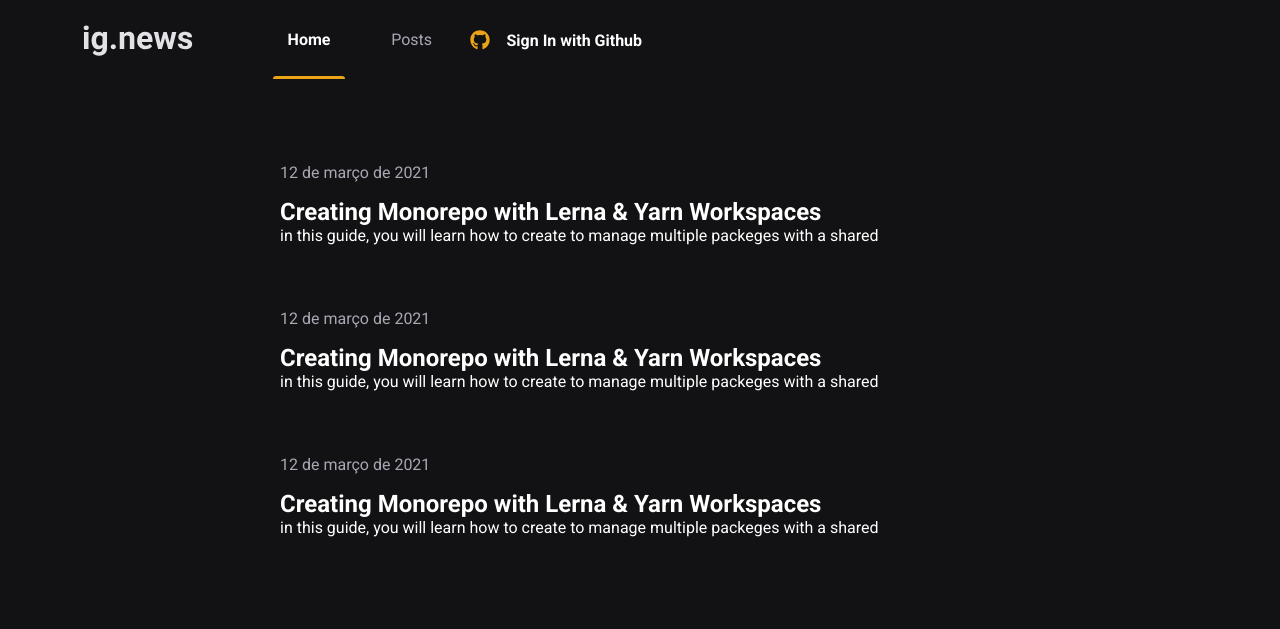
Repository: soualexandre/ignews
Page: /posts
An editor plug-in stored every save of this project. The page is shown before and after the next save, followed by the edit.
The browser window is 1280 px wide. The pictures show the whole page.
The page's requests for data from a server got no answer. The project was rebuilt for these pictures with package versions that can differ from the ones it lists, and the page was loaded fresh each time. The framework's server and built-in components were replaced by stand-ins that run in the browser. No one was signed in, and anything a server would have sent is missing.

Above is the page before, as saved 2021-07-30 09:09:49.

After the next save:
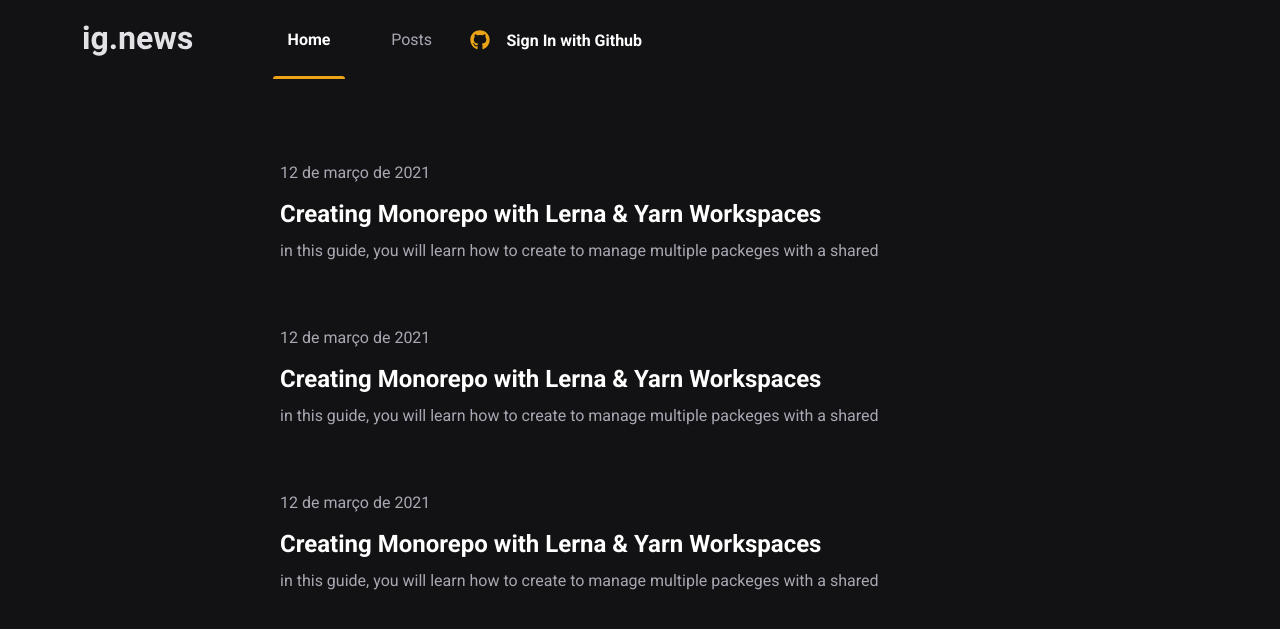
Saved 71 s later.
--- a/src/pages/posts/styles.module.scss
+++ b/src/pages/posts/styles.module.scss
@@ -27,6 +27,13 @@
             display: block;
             font-size: 1.5rem;
             margin-top: 1rem;
+            line-height: 2rem;
+        }
+
+        p{
+            color: var(--gray-300);
+            margin-top: 0.5rem;
+            line-height: 1.625rem;
         }
     }
 }
